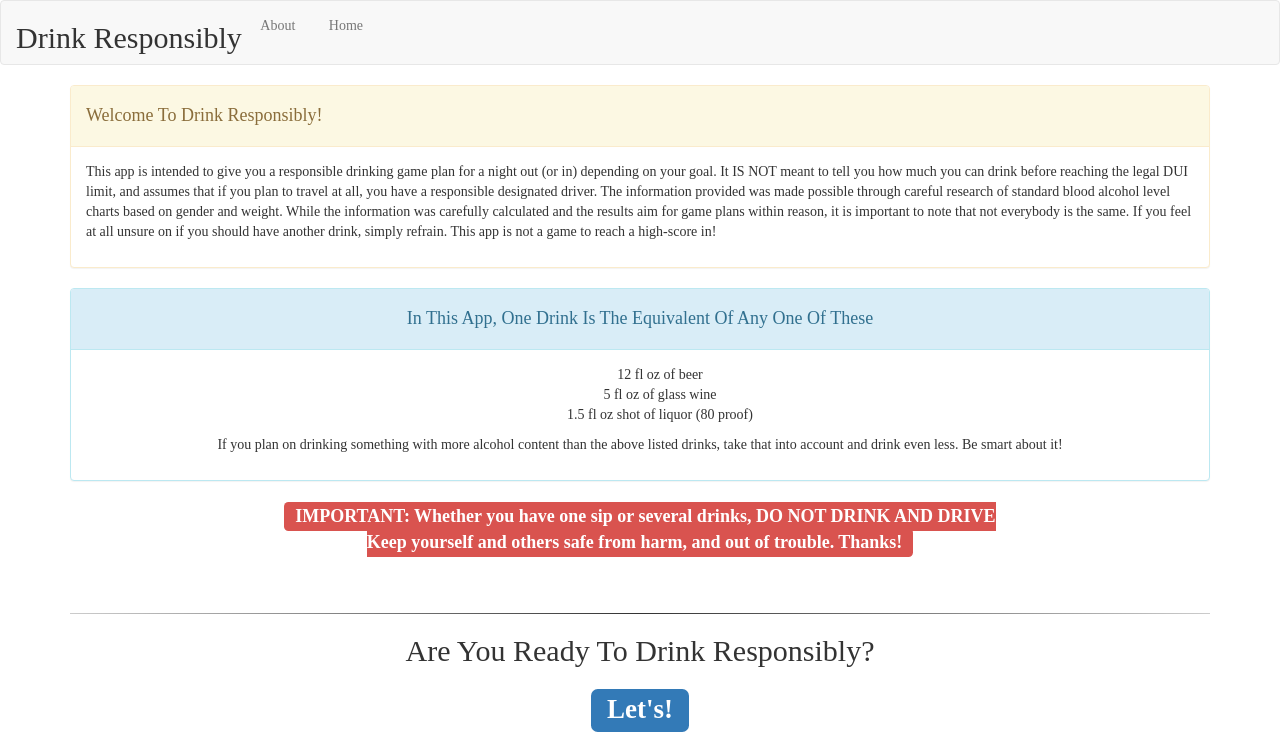
Repository: NatNat180/DrinkResponsibly
Page: http://localhost/DrinkResponsibly/
An editor plug-in stored every save of this project. The page is shown before and after the next save, followed by the edit.
The browser window is 1280 px wide. The pictures show the whole page.
Some web fonts or font styles are not loaded; a fallback is used. The page is served by Tomcat 9.

Above is the page before, as saved 2016-04-07 20:59:31.

After the next save:
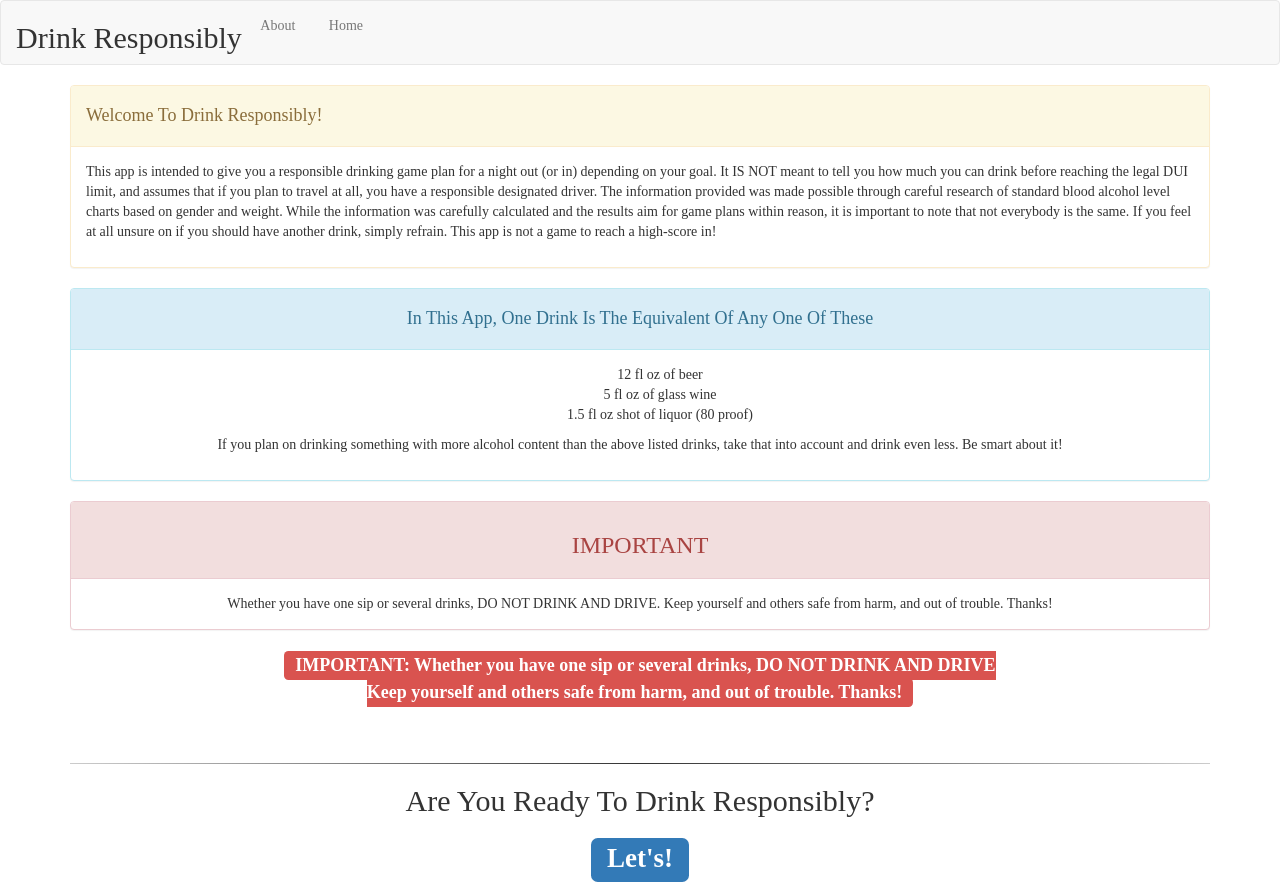
Saved 6 days later.
--- a/DrinkResponsibly/WebContent/WEB-INF/about.jsp
+++ b/DrinkResponsibly/WebContent/WEB-INF/about.jsp
@@ -47,6 +47,14 @@
 	</div>
 	</div>
 
+	<div class="panel panel-danger">
+	<div class="panel-heading"><h3>IMPORTANT</h3></div>
+	<div class="panel-body">
+	Whether you have one sip or several drinks, DO NOT DRINK AND DRIVE.
+	Keep yourself and others safe from harm, and out of trouble. Thanks!
+	</div>
+	</div>
+
 	<h3><span class="label label-danger">IMPORTANT: Whether you have one sip or several drinks, DO NOT DRINK AND DRIVE
 	<br>Keep yourself and others safe from harm, and out of trouble. Thanks!</span></h3>
 	<h3><span class="labal label-danger"></span></h3>
